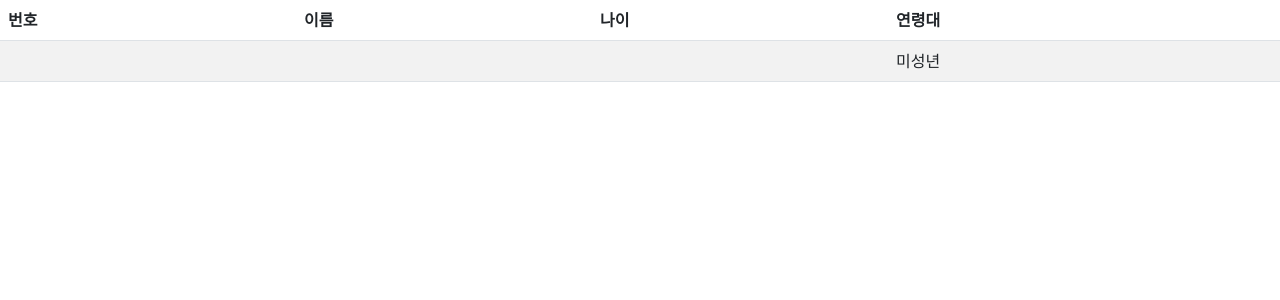
Repository: duatn3004/jsp_20230602
Page: http://localhost/jstl_study/step8.jsp
The author's editor kept a copy of each file at every save. The page is drawn from the files as they stood at one save, then again after the next save.
The browser window is 1280 px wide. The pictures show the whole page.
The page is served by Tomcat 9.

Above is the page before, as saved 2023-05-10 05:17:43.

After the next save:
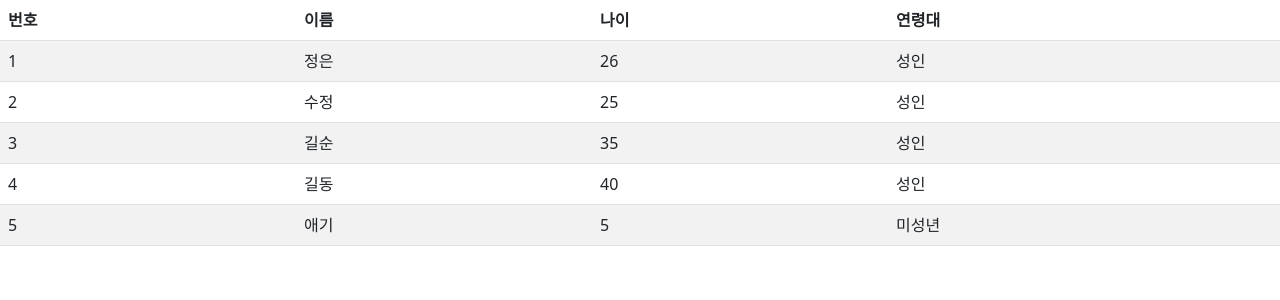
Saved 58 s later.
--- a/jstl_workspace/jstl_study/src/main/webapp/step8.jsp
+++ b/jstl_workspace/jstl_study/src/main/webapp/step8.jsp
@@ -40,8 +40,6 @@
 		</thead>
 		<tbody>
 			<c:forEach items="${requestScope.list }" var="listname" varStatus="i">
-
-			</c:forEach>
 			<tr>
 				<td>${i.count }</td>
 				<td>${listname.name }</td>
@@ -53,6 +51,8 @@
 				</c:choose>
 				</td>
 			</tr>
+
+			</c:forEach>
 		</tbody>
 	</table>
 </body>
